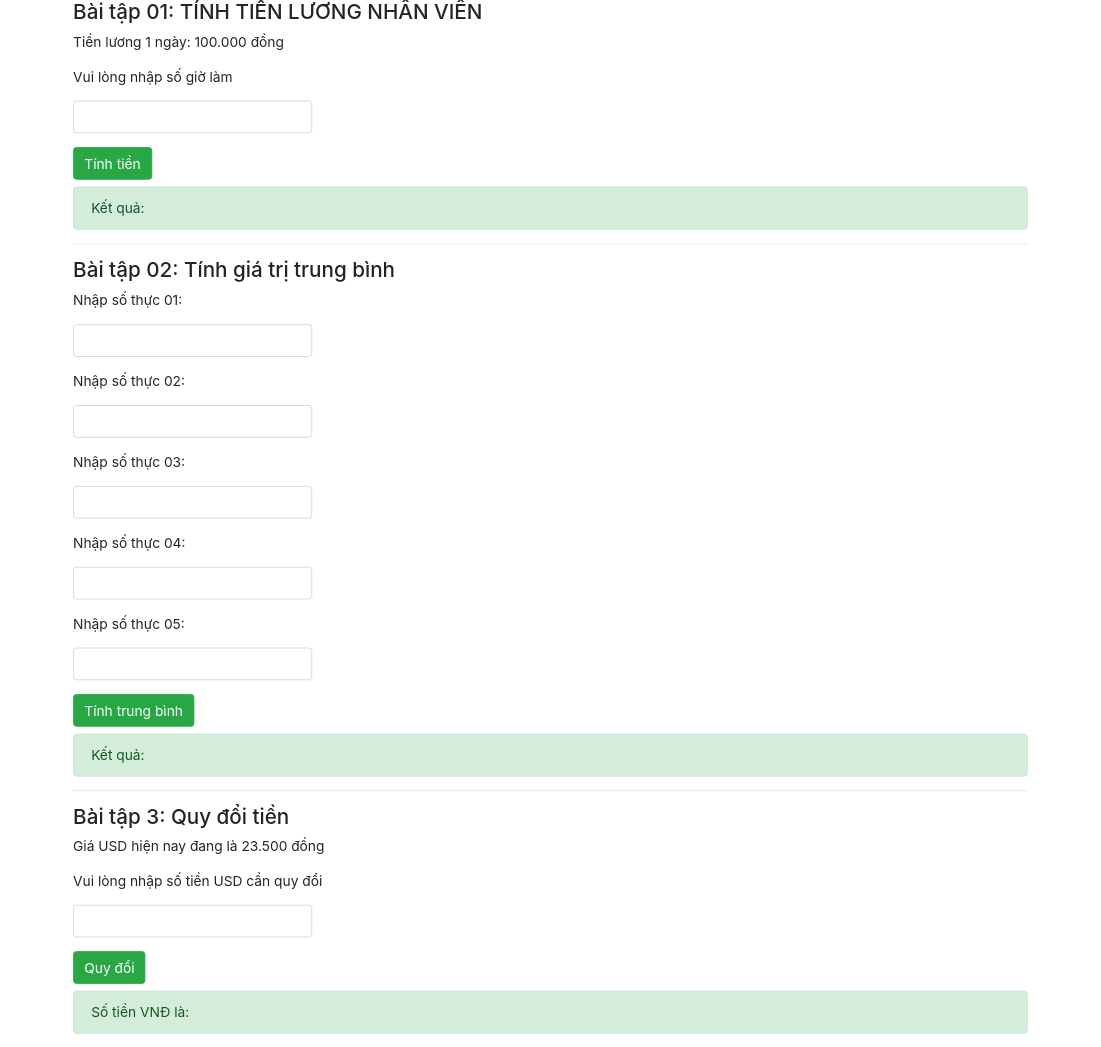
Repository: ducdatit2002/javascript-tinh-day13
Page: index.html
The author's editor kept a copy of each file at every save. The page is drawn from the files as they stood at one save, then again after the next save.
The browser window is 1280 px wide. The pictures show the whole page, at 86% of full size.

Above is the page before, as saved 2023-08-14 00:30:36.

After the next save:
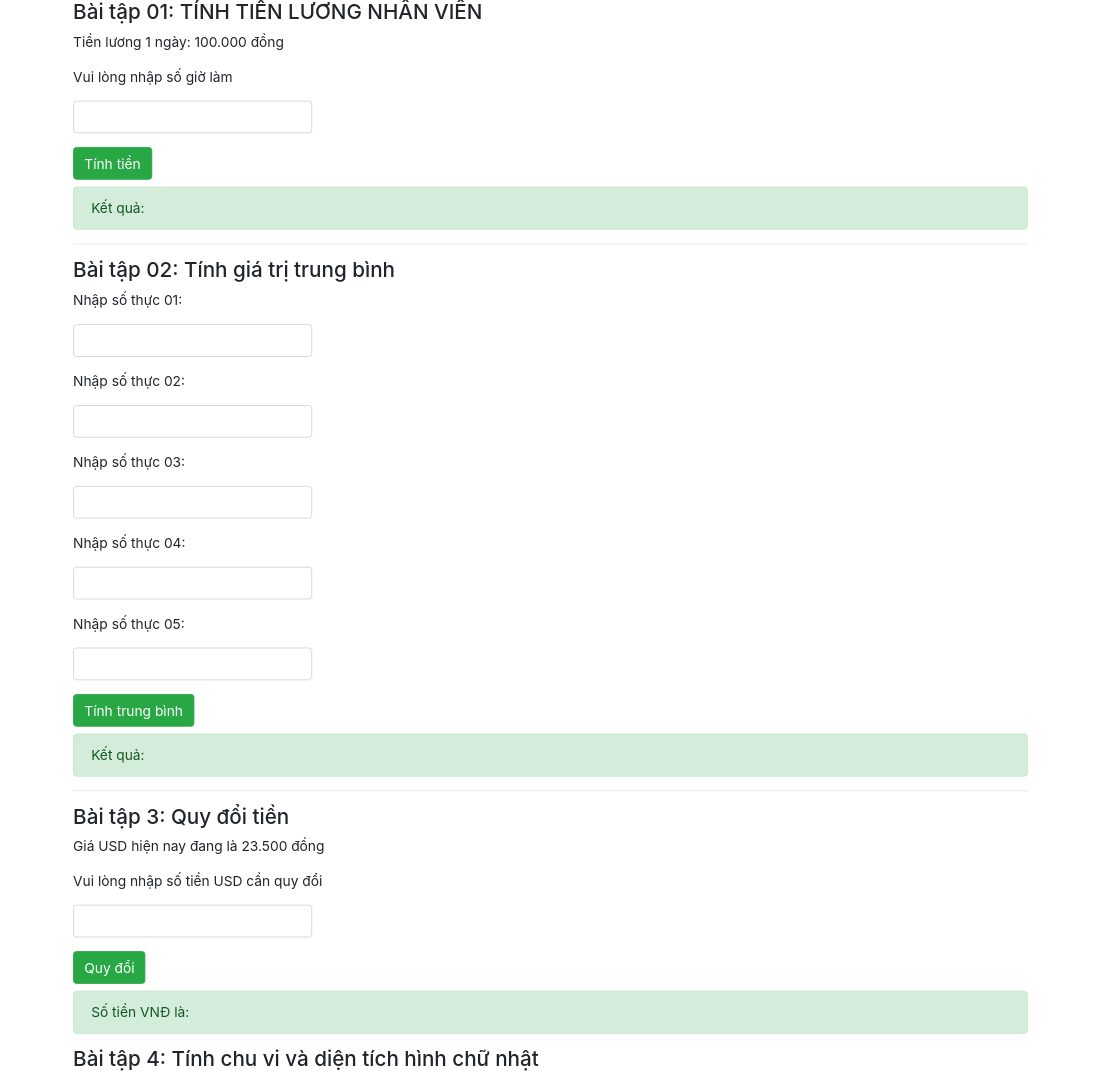
Saved 11 s later.
--- a/index.html
+++ b/index.html
@@ -95,7 +95,8 @@
       </div>
       <!-- BÀI 4: TÍNH CHU VI VÀ DIỆN TÍCH HÌNH CHỮ NHẬT -->
       <div class="form-group">
-        <h4></h4>
+        <h4>Bài tập 4: Tính chu vi và diện tích hình chữ nhật</h4>
+
       </div>
     </div>
 
